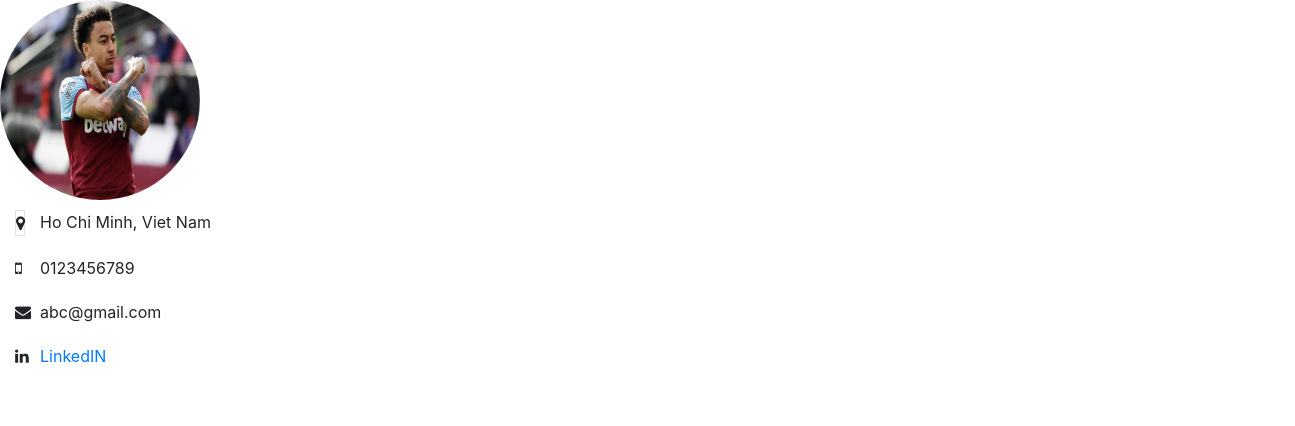
Repository: khoibanh113/mycv
Page: /
These files come from the project's save history. The page is drawn as it stood at one moment and after the next save; the edit follows.
The browser window is 1280 px wide. The page is 1295 px wide, so the pictures cover 1295 px, including what lies to the right of the window. The pictures show the whole page.
The project was rebuilt for these pictures with package versions that can differ from the ones it lists, and the page was loaded fresh each time.

Above is the page before, as saved 2021-03-30 15:15:48.

After the next save:
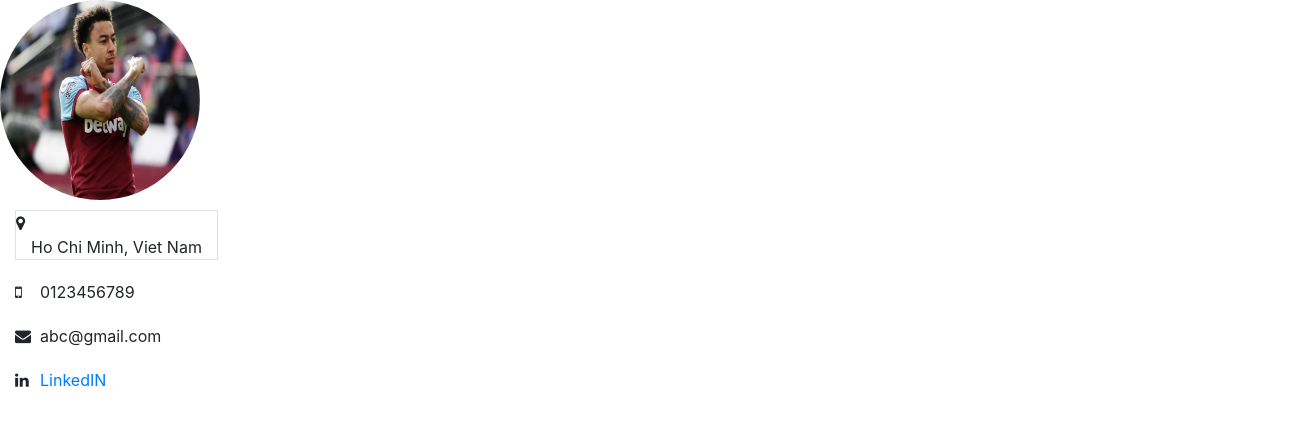
Saved 90 s later.
--- a/src/component/contact.js
+++ b/src/component/contact.js
@@ -19,12 +19,15 @@
             <div className="container-contact">
 
                 <div class="row">
-                    <div class="col-1 border">
-                        <li className="fa fa-map-marker"></li>
+                    <div className="border">
+                        <div class="col-1">
+                            <li className="fa fa-map-marker"></li>
+                        </div>
+                        <div class="col">
+                            <span>{this.location}</span>
+                        </div>
                     </div>
-                    <div class="col">
-                        <span>{this.location}</span>
-                    </div>
+
                 </div>
                 <div class="row">
                     <div class="col-1">
